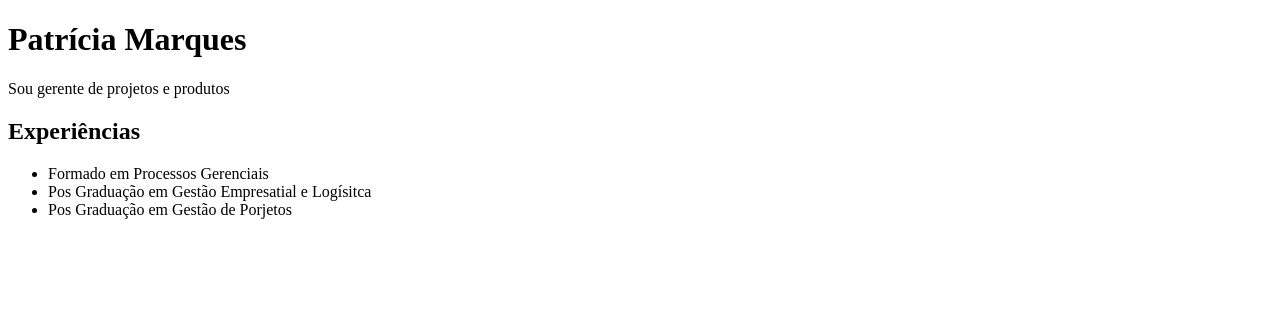
Repository: 27marques/avaliacao
Page: exercicio01/index.html
These files come from the project's save history. The page is drawn as it stood at one moment and after the next save; the edit follows.
The browser window is 1280 px wide. The pictures show the whole page.

Above is the page before, as saved 2022-08-19 22:47:09.

### exercicio01/index.html
<!DOCTYPE html>
<html lang="pt -br">
<head>
    <meta charset="UTF-8">
    <meta http-equiv="X-UA-Compatible" content="IE=edge">
    <meta name="viewport" content="width=device-width, initial-scale=1.0">
    <title>Exercicio 01</title>
</head>
<body>
    <div class="container">
        <h1>Patrícia Marques</h1>
        <p>Sou gerente de projetos e produtos</p>
        <h2>Experiências</h2>
        <ul>
            <li>Formado em Processos Gerenciais</li>
            <li>Pos Graduação em Gestão Empresatial e Logísitca</li>
            <li>Pos Graduação em Gestão de Porjetos</li>
        </ul>

    </div>

</body>
</html>

After the next save:
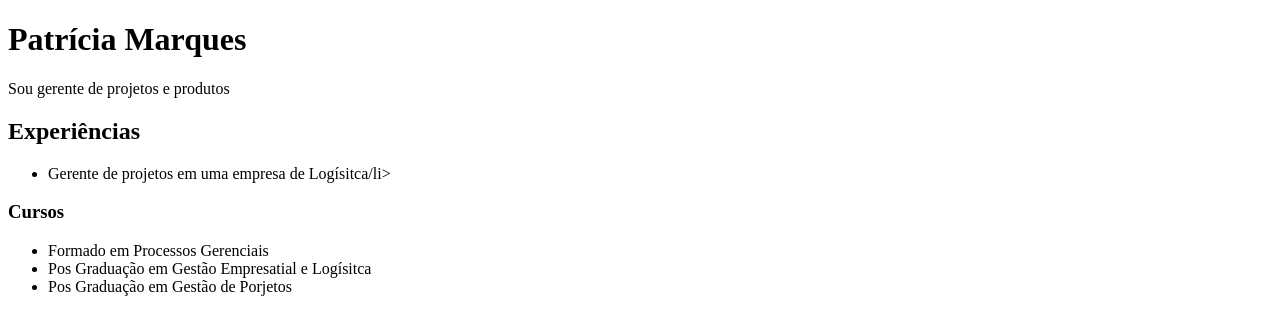
Saved 3 min 52 s later.
--- a/exercicio01/index.html
+++ b/exercicio01/index.html
@@ -12,6 +12,10 @@
         <p>Sou gerente de projetos e produtos</p>
         <h2>Experiências</h2>
         <ul>
+            <li>Gerente de projetos em uma empresa de Logísitca/li>
+        </ul>
+        <h3>Cursos</h3>
+        <ul>
             <li>Formado em Processos Gerenciais</li>
             <li>Pos Graduação em Gestão Empresatial e Logísitca</li>
             <li>Pos Graduação em Gestão de Porjetos</li>
